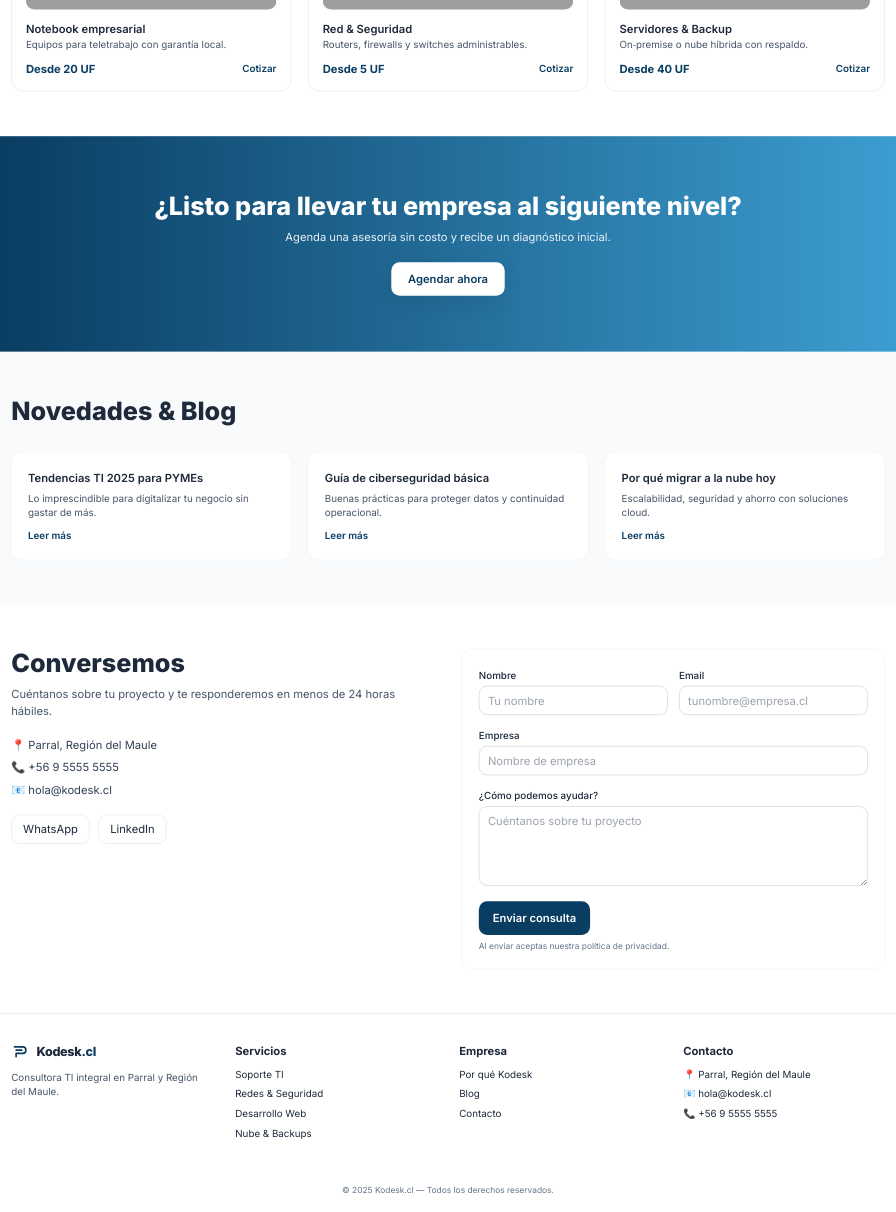
Repository: fabriciomonsalve/ConstruDesk
Page: app/templates/index3.html
The author's editor kept a copy of each file at every save. The page is drawn from the files as they stood at one save, then again after the next save.
The browser window is 1280 px wide. The pictures show the part of the page from y = 2382 to 4302 px (the page is 4114 px tall before and 4302 px after), at 70% of full size.
Pictures or frames that could not be fetched are drawn as grey boxes. Some web libraries are served in a nearby version. The template is drawn by Flask 3. The application's start-up code is not run. The template is opened directly, without the code that normally fills it, so the values that code supplies are empty.

Above is the page before, as saved 2025-09-13 20:26:29.

After the next save:
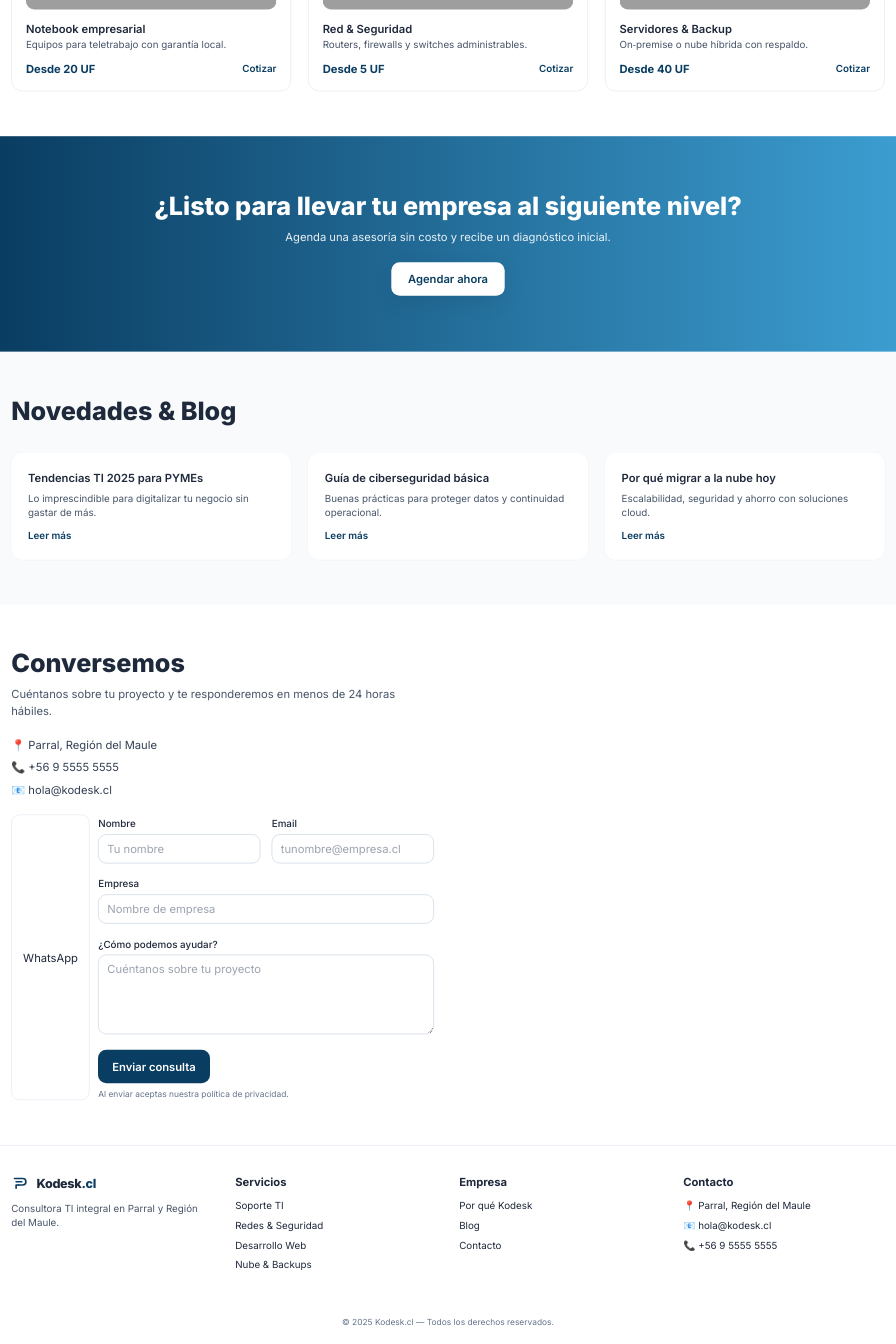
Saved 108 s later.
--- a/app/templates/index3.html
+++ b/app/templates/index3.html
@@ -281,7 +281,7 @@
           </ul>
           <div class="mt-6 flex gap-3">
             <a href="https://wa.me/56955555555" class="inline-flex items-center gap-2 rounded-xl border border-slate-200 px-4 py-2 hover:bg-slate-50" target="_blank" rel="noopener">WhatsApp</a>
-            <a href="https://cl.linkedin.com/in/javier-chandia-b527a5363" class="inline-flex items-center gap-2 rounded-xl border border-slate-200 px-4 py-2 hover:bg-slate-50">LinkedIn</a>
+            <a href="https://cl.linkedi
           </div>
         </div>
         <form class="rounded-2xl p-6 bg-white shadow-soft ring-1 ring-slate-100">

After the save that followed:
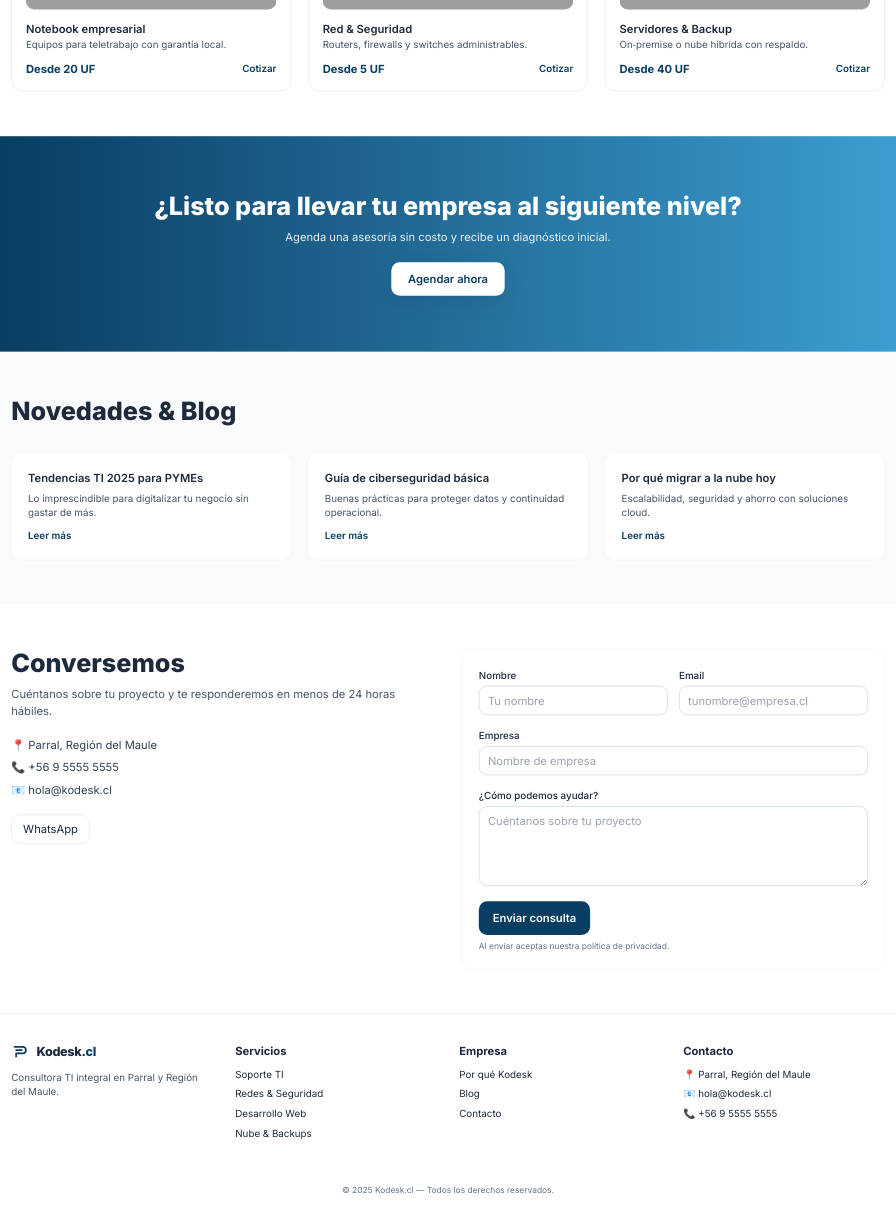
Saved 6 s later.
--- a/app/templates/index3.html
+++ b/app/templates/index3.html
@@ -281,7 +281,7 @@
           </ul>
           <div class="mt-6 flex gap-3">
             <a href="https://wa.me/56955555555" class="inline-flex items-center gap-2 rounded-xl border border-slate-200 px-4 py-2 hover:bg-slate-50" target="_blank" rel="noopener">WhatsApp</a>
-            <a href="https://cl.linkedi
+
           </div>
         </div>
         <form class="rounded-2xl p-6 bg-white shadow-soft ring-1 ring-slate-100">
